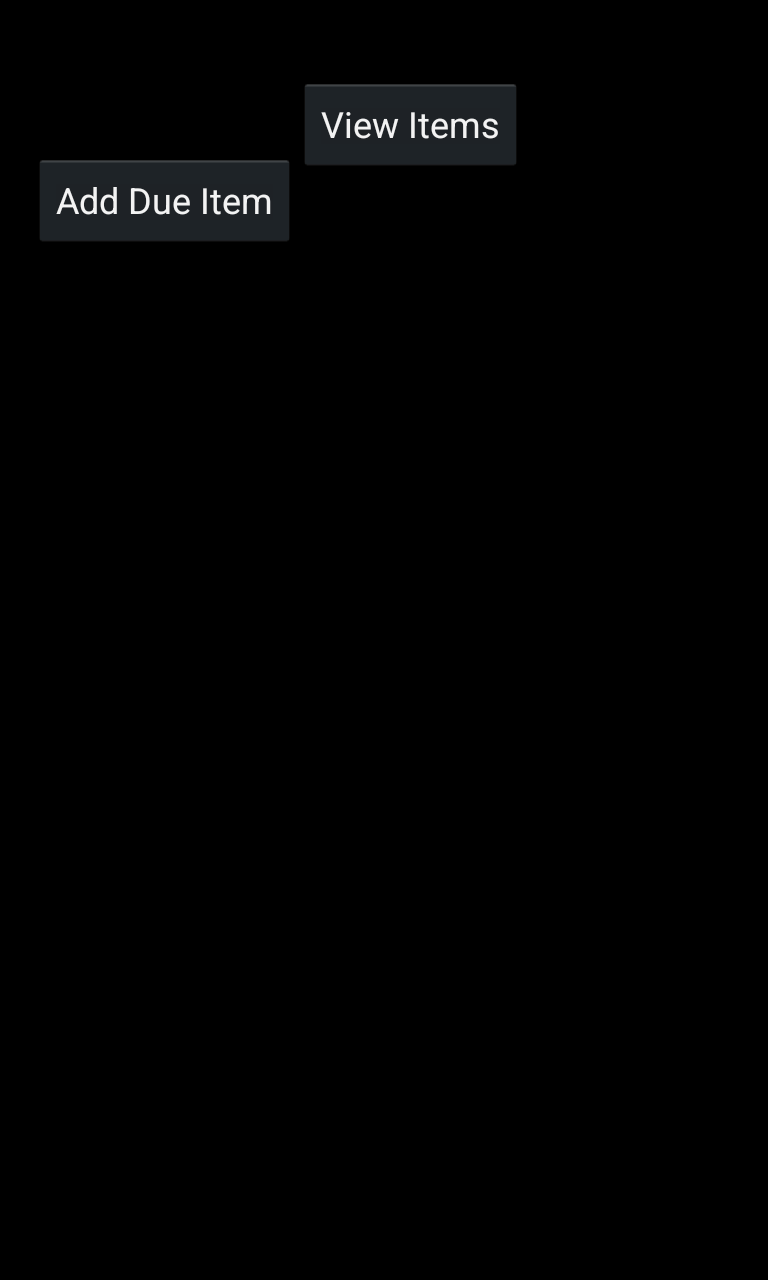
Repository: vignaesh01/Due-Date-App
Layout: DueDateManager/res/layout/activity_main.xml
The author's editor kept a copy of each file at every save. The layout is drawn from the files as they stood at one save, then again after the next save.
It is drawn on a 768 x 1280 px phone screen (xhdpi) without system bars, with theme android:Theme.Holo; the app's code is not run. Lists and similar views that code fills are empty.

Above is the layout before, as saved 2014-11-14 14:43:59.

After the next save:
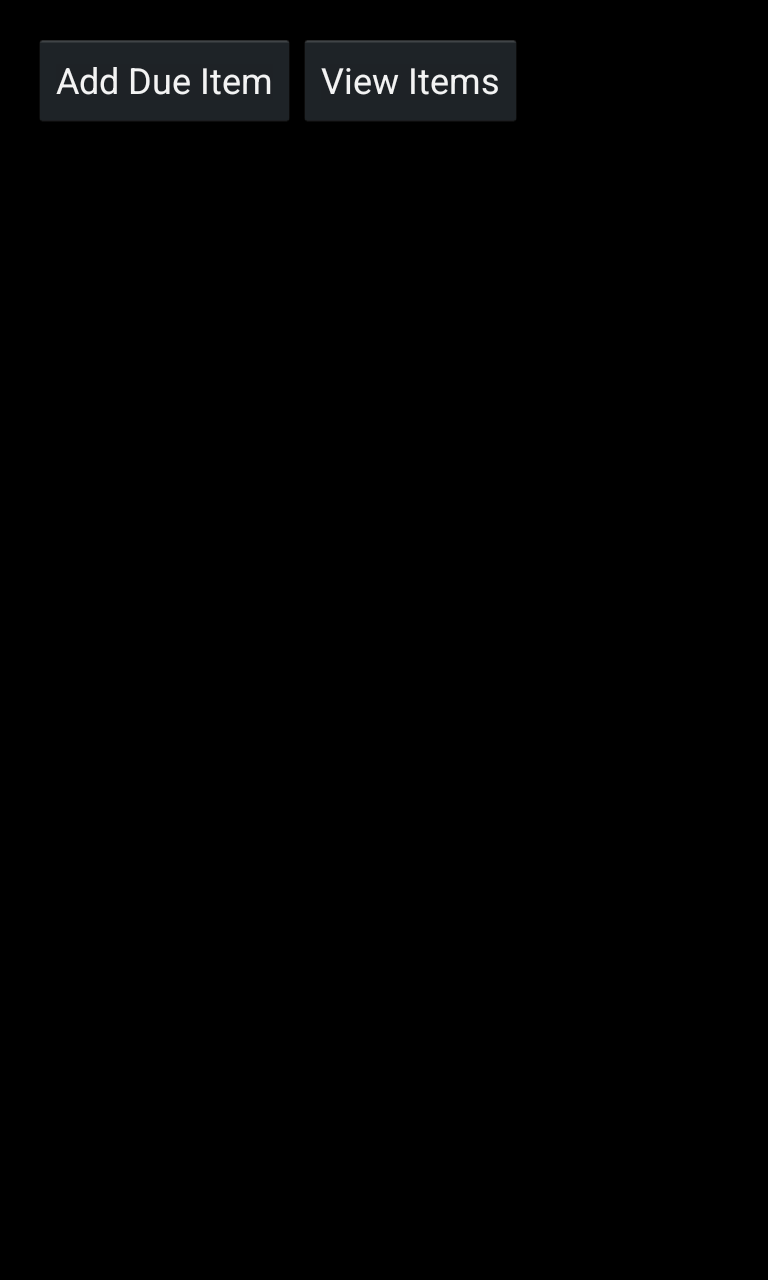
Saved 64 s later.
--- a/DueDateManager/res/layout/activity_main.xml
+++ b/DueDateManager/res/layout/activity_main.xml
@@ -20,7 +20,6 @@
             android:id="@+id/btnAddDueItem"
             android:layout_width="wrap_content"
             android:layout_height="wrap_content"
-            android:layout_marginTop="60dp"
             android:onClick="goToAddDueItem"
             android:text="@string/addDueItem" />
 
@@ -30,7 +29,6 @@
             android:layout_height="wrap_content"
             android:layout_below="@+id/btnAddDueItem"
             android:layout_centerHorizontal="true"
-            android:layout_marginTop="22dp"
             android:onClick="goToViewItems"
             android:text="@string/viewItems" />
     </LinearLayout>
